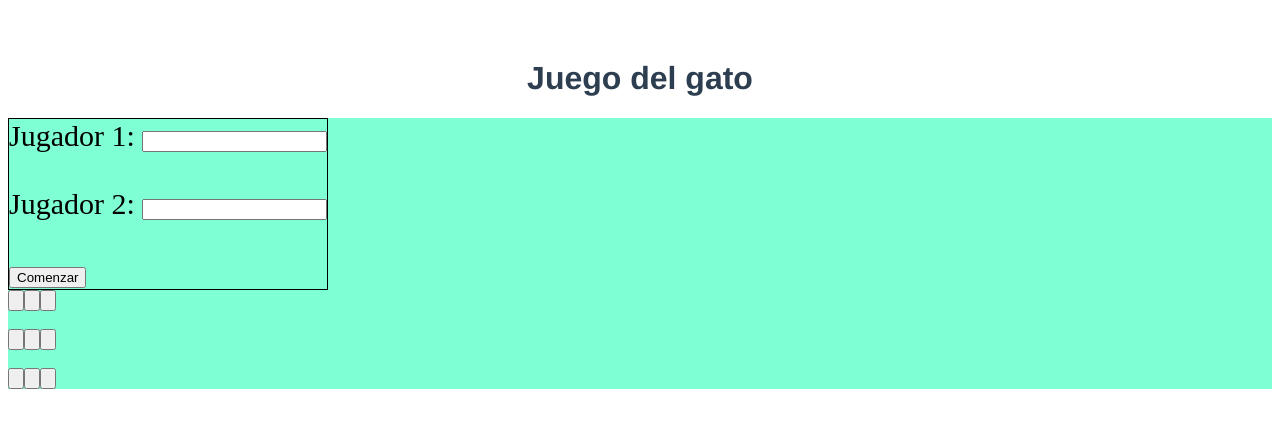
Repository: franciscamanquecheo/Taller-2
Page: / (app in vite-project/)
These files come from the project's save history. The page is drawn as it stood at one moment and after the next save; the edit follows.
The browser window is 1280 px wide. The pictures show the whole page.
The project was rebuilt for these pictures with package versions that can differ from the ones it lists, and the page was loaded fresh each time. Also part of the build but not shown: vite-project/vite.config.ts.

Above is the page before, as saved 2022-06-17 17:27:34.

### vite-project/src/App.vue
<script setup lang="ts">
// This starter template is using Vue 3 <script setup> SFCs
// Check out https://vuejs.org/api/sfc-script-setup.html#script-setup
import HelloWorld from './components/HelloWorld.vue'
</script>

<template>
 <h1>Juego del gato</h1>
<section>
 <article id="comandos">
  Jugador 1:
  <input type="text" id="jugador1"><br><br>
  Jugador 2:
  <input type="text" id="jugador 2"><br><br>
  <input type="button" id="comenzar" value="Comenzar">
  <label id="TurnoJugador"></label>
 </article>
  <article id="Tablero">
    <input type="button" id="casilla1">
    <input type="button" id="casilla2">
    <input type="button" id="casilla3"><br><br>

    <input type="button" id="casilla4">
    <input type="button" id="casilla5">
    <input type="button" id="casilla6"><br><br>

    <input type="button" id="casilla7">
    <input type="button" id="casilla8">
    <input type="button" id="casilla9">



  </article>











</section>
</template>

<style>
h1 {
  font-family: Avenir, Helvetica, Arial, sans-serif;
  -webkit-font-smoothing: antialiased;
  -moz-osx-font-smoothing: grayscale;
  text-align: center;
  color: #2c3e50;
  margin-top: 60px;
}
article#comandos{
  display: inline-block;
  text-align: left;
  border: 1px solid black;
font-size: 30px;


}
section{
  display: inline-block;
  margin: 0 auto;
  background-color: aquamarine;
  width: 100%;
}
</style>

Loaded but not shown: vite-project/index.html (common file); vite-project/src/main.ts (common file)

After the next save:
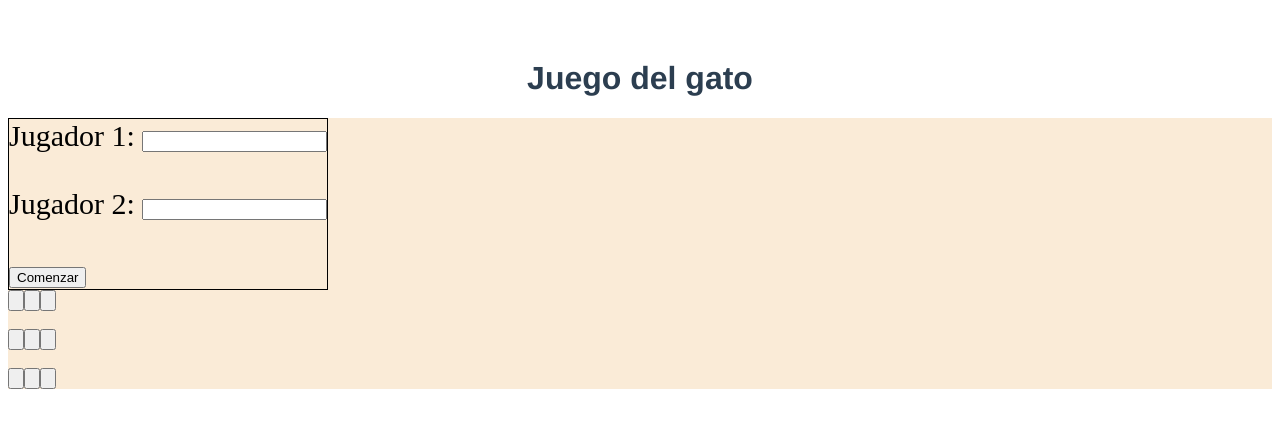
Saved 20 s later.
--- a/vite-project/src/App.vue
+++ b/vite-project/src/App.vue
@@ -65,7 +65,7 @@ font-size: 30px;
 section{
   display: inline-block;
   margin: 0 auto;
-  background-color: aquamarine;
+  background-color:antiquewhite;
   width: 100%;
 }
 </style>
